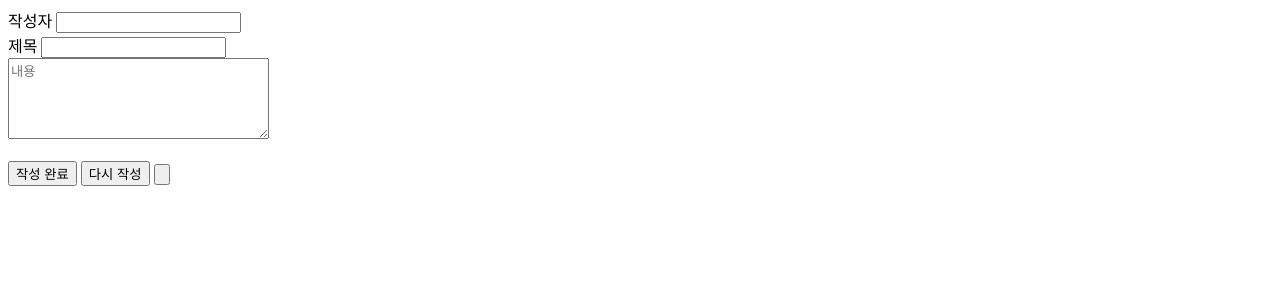
Repository: yangchunsick/JSPstudy
Page: http://localhost/11_MYHOME/notice/update.jsp
These files come from the project's save history. The page is drawn as it stood at one moment and after the next save; the edit follows.
The browser window is 1280 px wide. The pictures show the whole page.
The page is served by Tomcat 9.

Above is the page before, as saved 2021-11-18 00:37:05.

After the next save:
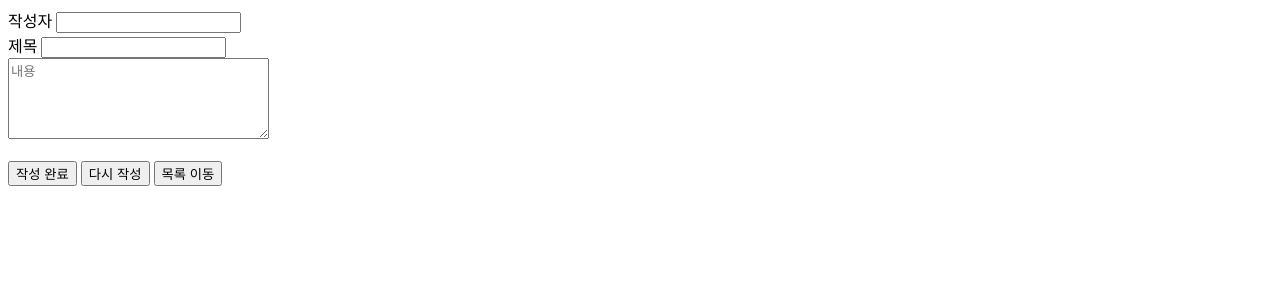
Saved 9 s later.
--- a/worksapce/11_MYHOME/WebContent/notice/update.jsp
+++ b/worksapce/11_MYHOME/WebContent/notice/update.jsp
@@ -27,7 +27,7 @@
 			<textarea rows="5" cols="30" name="content" placeholder="내용"></textarea><br><br>
 			<button>작성 완료</button>
 			<input type="reset" value="다시 작성">
-			<input type="button">
+			<input type="button" value="목록 이동">
 		</form>
 	</div>
 
